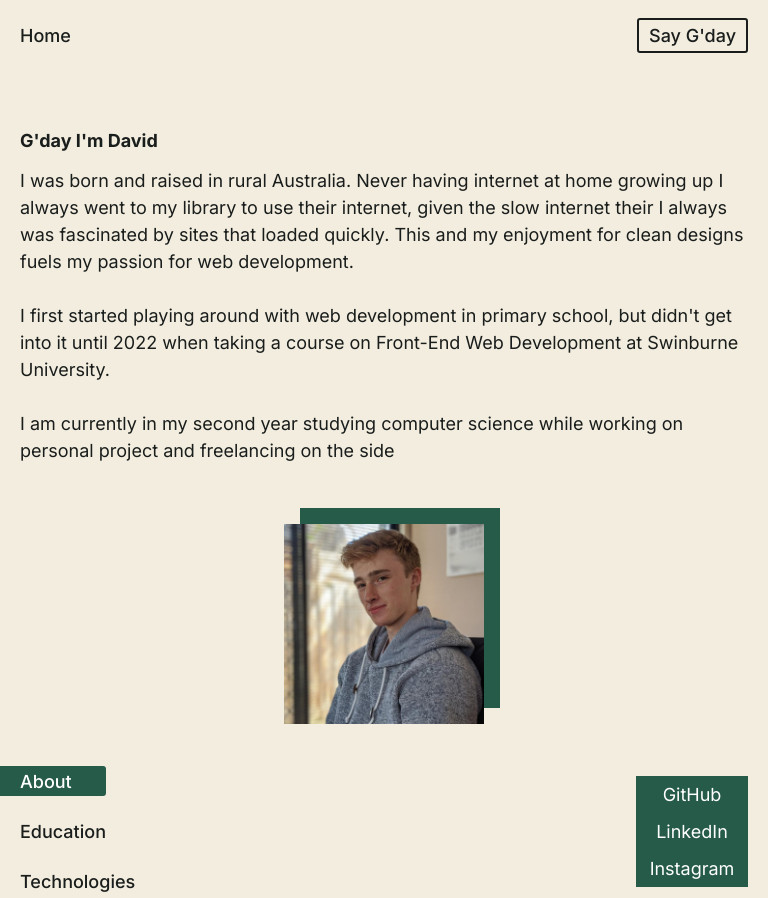
Repository: David-Waite/David-Waite-Portfolio
Page: /about
An editor plug-in stored every save of this project. The page is shown before and after the next save, followed by the edit.
The browser window is 768 px wide. The pictures show the whole page.
The project was rebuilt for these pictures with package versions that can differ from the ones it lists, and the page was loaded fresh each time. The framework's server and built-in components were replaced by stand-ins that run in the browser. Also part of the build but not shown: next.config.js.

Above is the page before, as saved 2023-07-27 13:03:10.

After the next save:
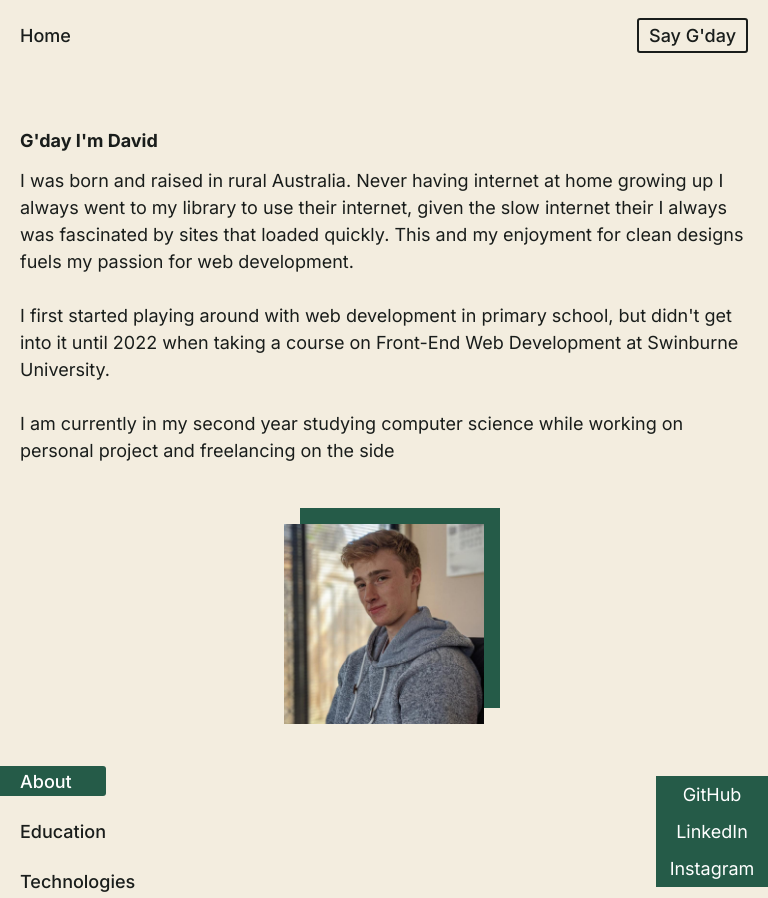
Saved 5 s later.
--- a/app/about/page.module.css
+++ b/app/about/page.module.css
@@ -193,7 +193,7 @@
   }
   .links {
     margin: 0;
-    margin-left: -20px;
+    margin-right: -20px;
     width: 100px;
   }
 }
